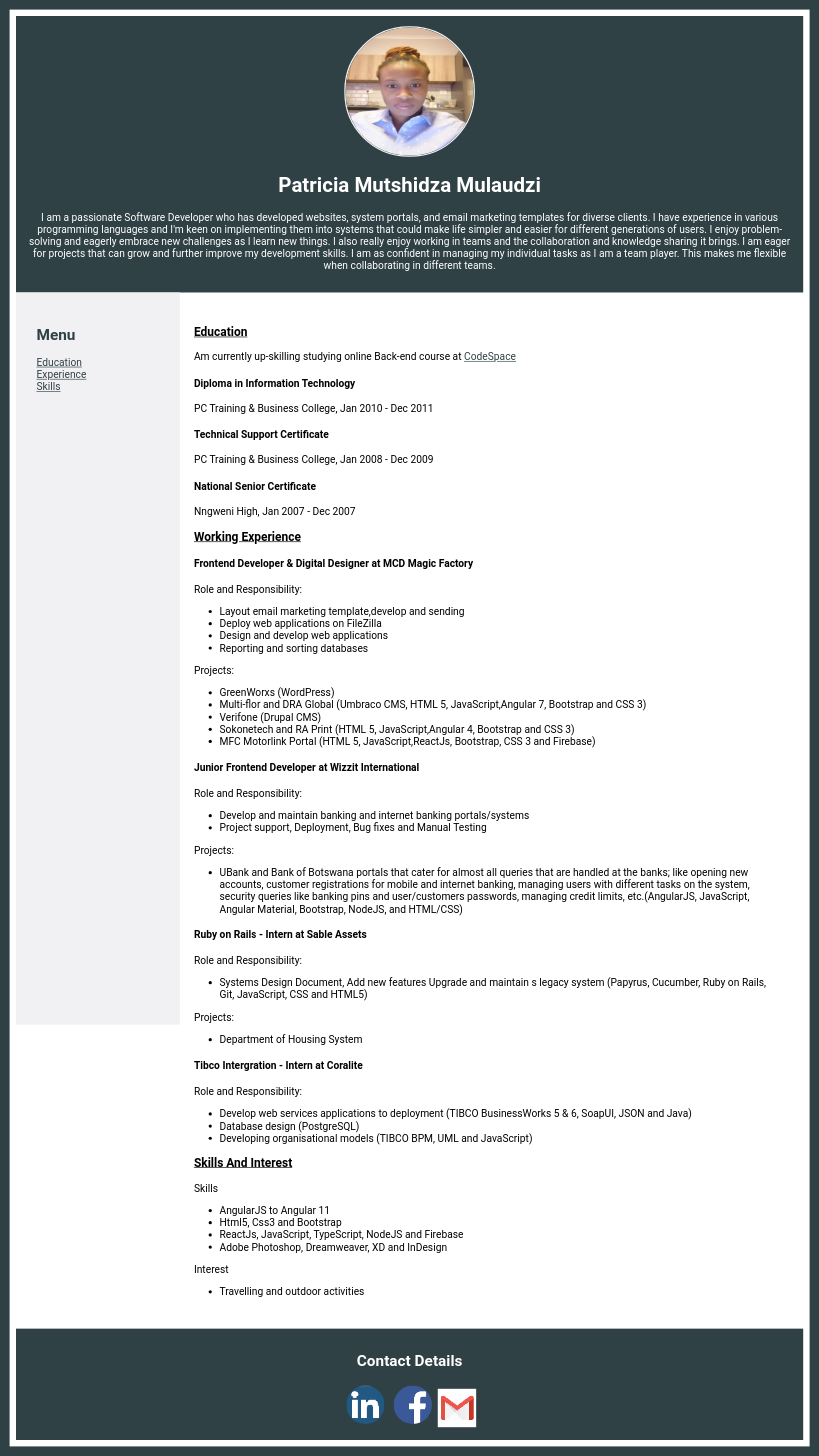
Repository: Patricious/Digital-Resume-01
Page: index.html
An editor plug-in stored every save of this project. The page is shown before and after the next save, followed by the edit.
The browser window is 1280 px wide. The pictures show the whole page, at 64% of full size.

Above is the page before, as saved 2021-08-23 11:44:56.

### index.html
<!DOCTYPE html>
<html>

<head>
    <title>Patricia Digital Resume</title>
    <meta charset="utf-8">
    <meta name="viewport" content="width=device-width, initial-scale=1">
    <link rel="stylesheet" type="text/css" href="css/stylesheet.css">
</head>

<body scroll="yes">

    <header>
        <img src="img/IMG_20200502_085519.jpg" alt="profile" width="200" height="200" class="profile" />
        <h1>Patricia Mutshidza Mulaudzi</h1>
        <p>I am a passionate Software Developer who has developed websites, system portals, and email marketing templates for diverse clients. I have experience in various programming languages and I'm keen on implementing them into systems that could make
            life simpler and easier for different generations of users. I enjoy problem-solving and eagerly embrace new challenges as I learn new things. I also really enjoy working in teams and the collaboration and knowledge sharing it brings. I am
            eager for projects that can grow and further improve my development skills. I am as confident in managing my individual tasks as I am a team player. This makes me flexible when collaborating in different teams.</p>
    </header>
    <section>
        <aside>
            <h2>Menu</h2>
            <ul class="nav">
                <li>
                    <a href="#education">Education</a>
                </li>
                <li>
                    <a href="#experience">Experience</a>
                </li>
                <li>
                    <a href="#skills">Skills</a>
                </li>

            </ul>
        </aside>

        <article>
            <h3 id="education"> <span>Education</span>
            </h3>
            <p> Am currently up-skilling studying online Back-end course at
                <a href="https://www.codespace.co.za/courses/?matchtype=b&device=c&keyword=codespace&adgroupid=81088003381&utm_campaign=8148639553&utm_source=google&utm_medium=cpc&gclid=EAIaIQobChMIkP_7q8bG8gIV1uvtCh0w7A1-EAAYASAAEgL34vD_BwE"> CodeSpace</a>
            </p>

            <h4>Diploma in Information Technology </h4>

            <p>PC Training & Business College, Jan 2010 - Dec 2011</p>
            <h4>Technical Support Certificate </h4>


            <p>PC Training & Business College, Jan 2008 - Dec 2009</p>

            <h4>National Senior Certificate</h4>


            <p>Nngweni High, Jan 2007 - Dec 2007</p>


            <h3 id="experience"> Working Experience</h3>
            <h4>Frontend Developer & Digital Designer at MCD Magic Factory
            </h4>
            <p>Role and Responsibility:</p>
            <ul>
                <li>Layout email marketing template,develop and sending</li>
                <li> Deploy web applications on FileZilla</li>
                <li>Design and develop web applications</li>
                <li>Reporting and sorting databases</li>
            </ul>
            <p>Projects:</p>
            <ul>
                <li>GreenWorxs (WordPress)</li>
                <li>Multi-flor and DRA Global (Umbraco CMS, HTML 5, JavaScript,Angular 7, Bootstrap and CSS 3)</li>
                <li>Verifone (Drupal CMS)</li>
                <li>Sokonetech and RA Print (HTML 5, JavaScript,Angular 4, Bootstrap and CSS 3)</li>
                <li>MFC Motorlink Portal (HTML 5, JavaScript,ReactJs, Bootstrap, CSS 3 and Firebase)</li>
            </ul>

            <h4>Junior Frontend Developer at Wizzit International
            </h4>
            <p>Role and Responsibility:</p>
            <ul>
                <li>Develop and maintain banking and internet banking portals/systems</li>
                <li>Project support, Deployment, Bug fixes and Manual Testing</li>

            </ul>
            <p>Projects:</p>
            <ul>
                <li>UBank and Bank of Botswana portals that cater for almost all queries that are handled at the banks; like opening new accounts, customer registrations for mobile and internet banking, managing users with different tasks on the system, security
                    queries like banking pins and user/customers passwords, managing credit limits, etc.(AngularJS, JavaScript, Angular Material, Bootstrap, NodeJS, and HTML/CSS)</li>
            </ul>

            <h4>Ruby on Rails - Intern at Sable Assets
            </h4>
            <p>Role and Responsibility:</p>
            <ul>
                <li>Systems Design Document, Add new features Upgrade and maintain s legacy system (Papyrus, Cucumber, Ruby on Rails, Git, JavaScript, CSS and HTML5)</li>

            </ul>
            <p>Projects:</p>
            <ul>
                <li>Department of Housing System</li>
            </ul>

            <h4>Tibco Intergration - Intern at Coralite
            </h4>
            <p>Role and Responsibility:</p>
            <ul>
                <li>Develop web services applications to deployment (TIBCO BusinessWorks 5 & 6, SoapUI, JSON and Java)
                </li>
                <li>Database design (PostgreSQL)</li>
                <li>Developing organisational models (TIBCO BPM, UML and JavaScript)</li>
            </ul>


            <h3 id="skills">Skills And Interest</h3>
            <p>Skills</p>
            <ul>
                <li>AngularJS to Angular 11</li>
                <li>Html5, Css3 and Bootstrap</li>
                <li>ReactJs, JavaScript, TypeScript, NodeJS and Firebase</li>
                <li>Adobe Photoshop, Dreamweaver, XD and InDesign</li>
            </ul>
            <p>Interest </p>
            <ul>
                <li>Travelling and outdoor activities</li>
            </ul>
        </article>
    </section>


    <footer>
        <h2>Contact Details</h2>
        <a href="https://www.linkedin.com/in/patricia-mulaudzi-93b526101/" target="_blank"><img src="img/in.png" alt="LinkedIN" class="circle"></a>
        <a href="https://www.facebook.com/patricia.mulaudzi.1/" target="_blank"><img src="img/fb.png" alt="Facebook" class="circle"></a>
        <a href="mailto:mulaudzi689@gmail.com"><img src="img/gm.png" alt="Gmail"></a>
    </footer>
</body>

</html>

### css/stylesheet.css
    body {
        font-family: 'Roboto', sans-serif;
        font-size: 100%;
        background-color: #ffffff;
        margin: 10px;
        overflow-y: scroll;
    }

    html {
        border: 15px solid #304145;
    }

    header {
        text-align: center;
        background-color: #304145;
        color: #ffffff;
        padding: 1em;
    }

    aside {
        background-color: #F1F1F3;
        color: #304145;
        width: 15%;
        padding: 2em;
        height: 150%;
        float: left;
        position: absolute;
        flex: 0 0 auto;
    }

    h3 {
        text-decoration: underline;
    }

    article {
        padding: 2em;
        margin-left: 20%;
    }

    .profile {
        border-radius: 100px;
        border: 2px solid #F1F1F3;
    }

    .circle {
        border-radius: 100px;
        padding: 5px;
    }

    .nav {
        list-style-type: none;
        margin: 0;
        padding: 0;
    }

    a {
        color: #304145;
    }

    footer {
        background-color: #304145;
        text-align: center;
        color: #ffffff;
        padding: 1em;
    }

After the next save:
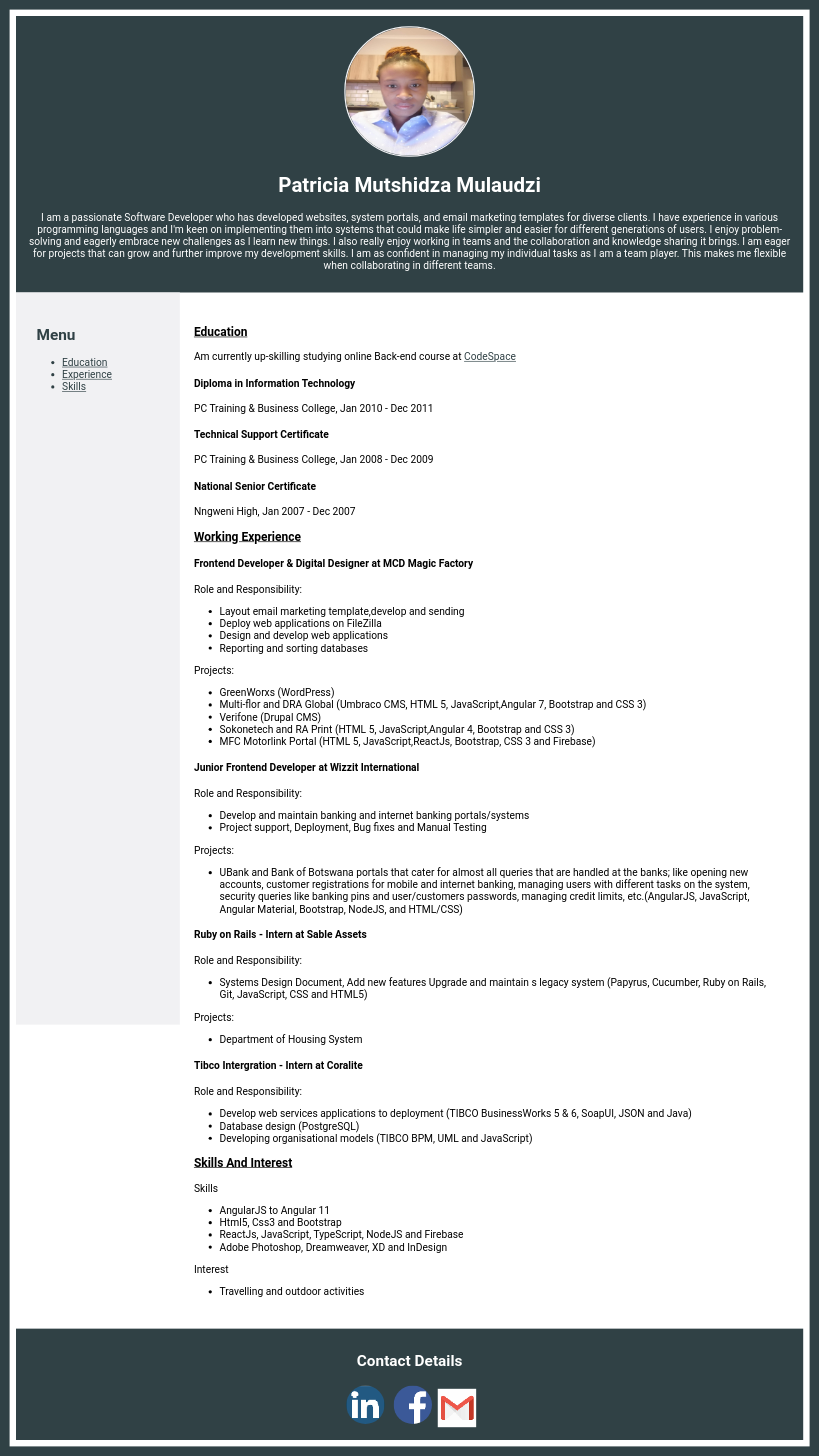
Saved 37 s later.
--- a/css/stylesheet.css
+++ b/css/stylesheet.css
@@ -47,7 +47,7 @@
         padding: 5px;
     }
 
-    .nav {
+    .rounde .nav {
         list-style-type: none;
         margin: 0;
         padding: 0;

After the save that followed:
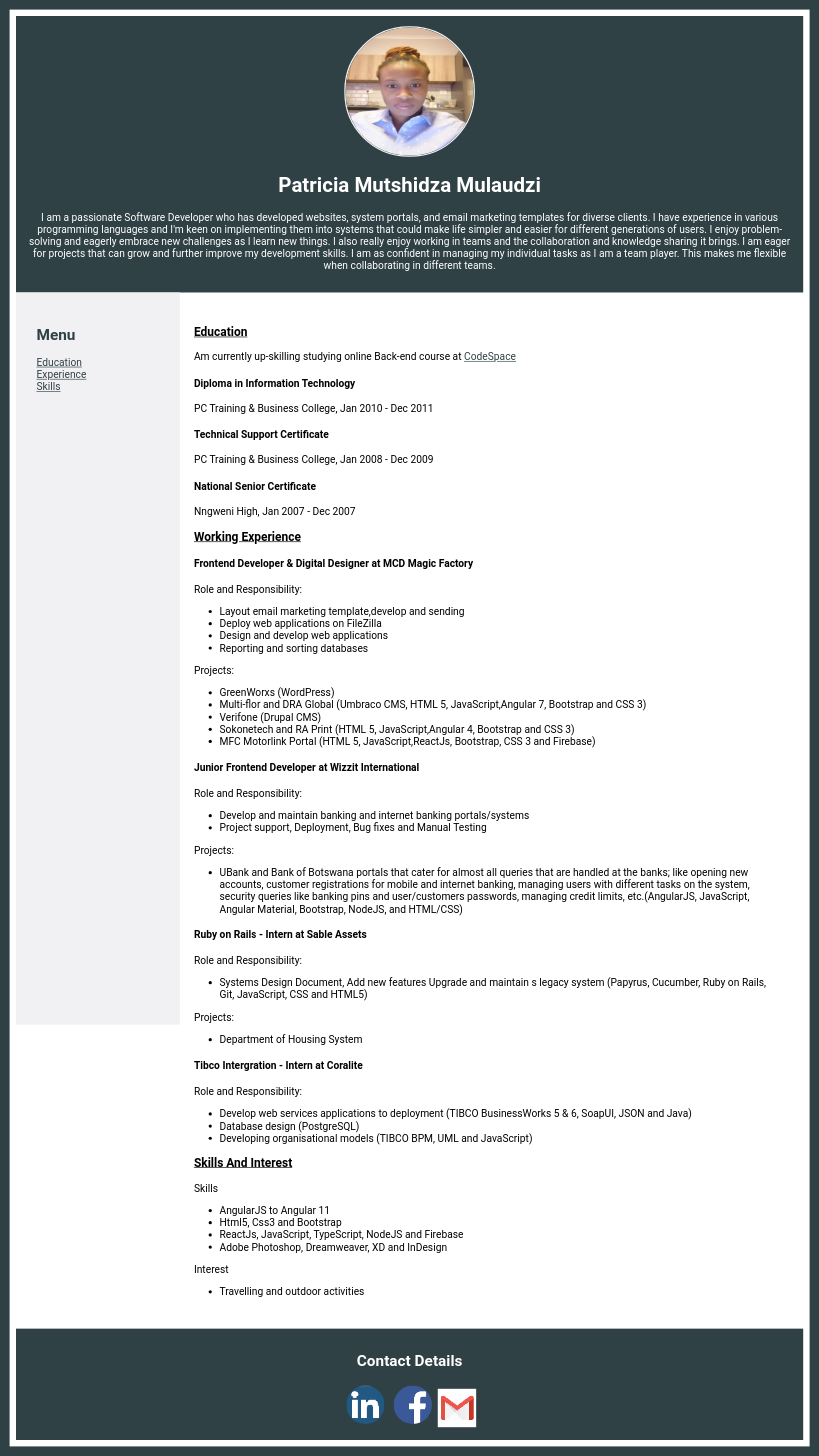
Saved 4 s later.
--- a/css/stylesheet.css
+++ b/css/stylesheet.css
@@ -47,7 +47,9 @@
         padding: 5px;
     }
 
-    .rounde .nav {
+    .rounded {}
+
+    .nav {
         list-style-type: none;
         margin: 0;
         padding: 0;
